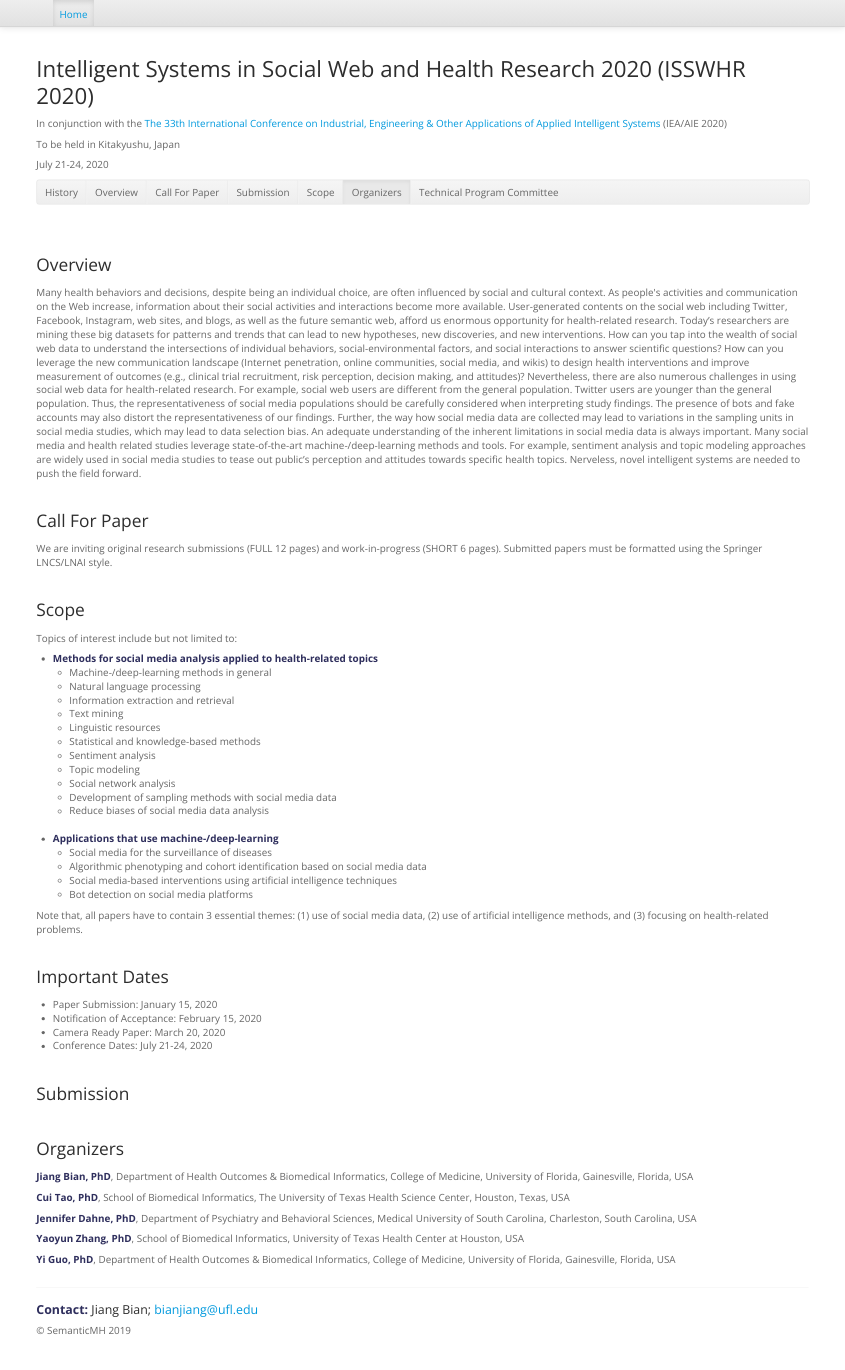
Repository: bianjiang/semantics-powered.org
Page: ISSWHR-2020/index.html
These files come from the project's save history. The page is drawn as it stood at one moment and after the next save; the edit follows.
The browser window is 1280 px wide. The pictures show the whole page, at 66% of full size.
Some web libraries are served in a nearby version.

Above is the page before, as saved 2019-10-26 17:08:13.
Console error (its wording comes from the project's code and is left out).

After the next save:
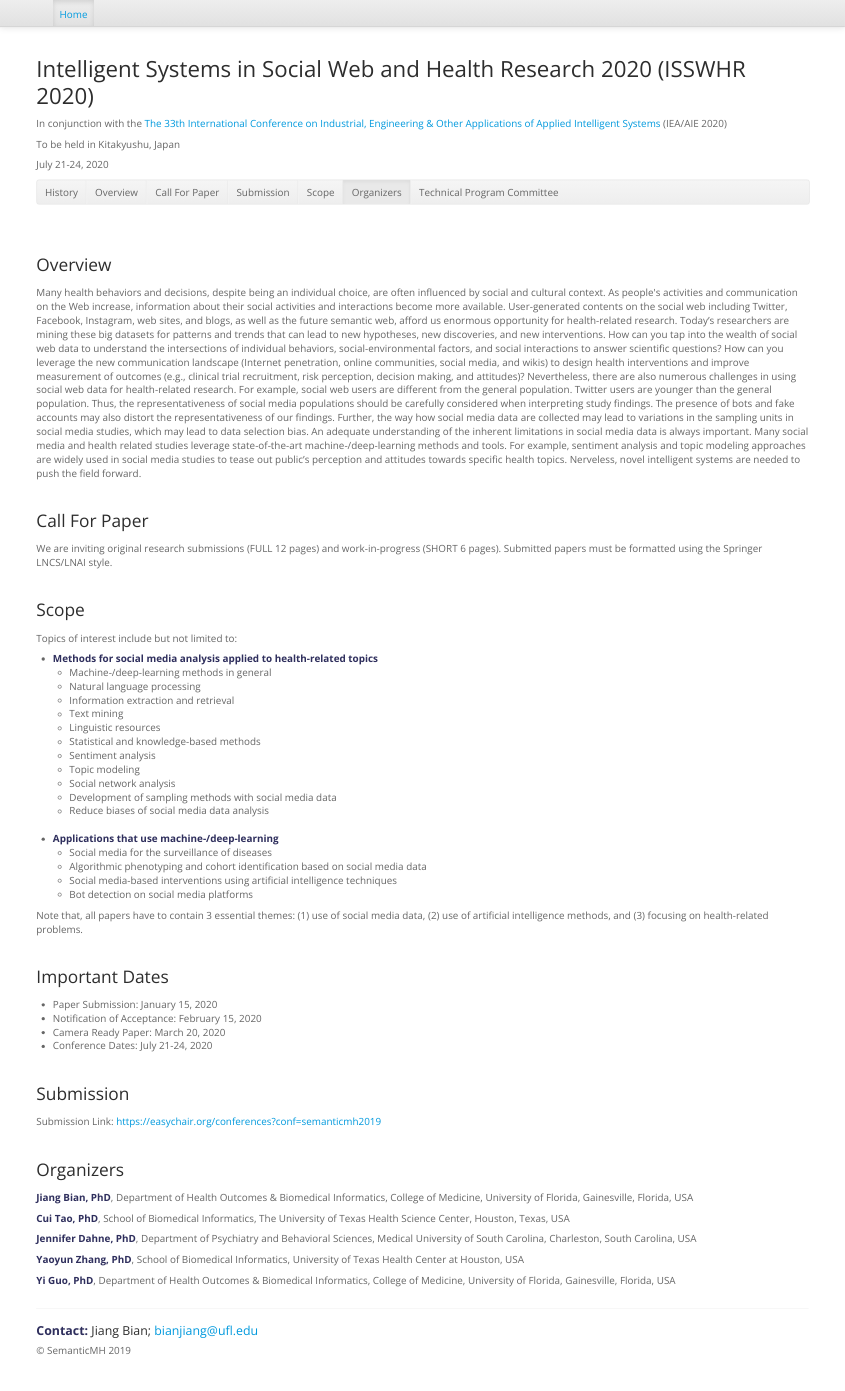
Saved 21 s later.
--- a/ISSWHR-2020/index.html
+++ b/ISSWHR-2020/index.html
@@ -203,7 +203,7 @@
       <div class="row">
         <div class="span12">
           <h3>Submission</h3>
-          <!-- <p>Submission Link: <a href="https://easychair.org/conferences?conf=semanticmh2019" target="_blank">https://easychair.org/conferences?conf=semanticmh2019</a></p> -->
+          <p>Submission Link: <a href="https://easychair.org/conferences?conf=semanticmh2019" target="_blank">https://easychair.org/conferences?conf=semanticmh2019</a></p>
         </div>
       </div>
     </section>
